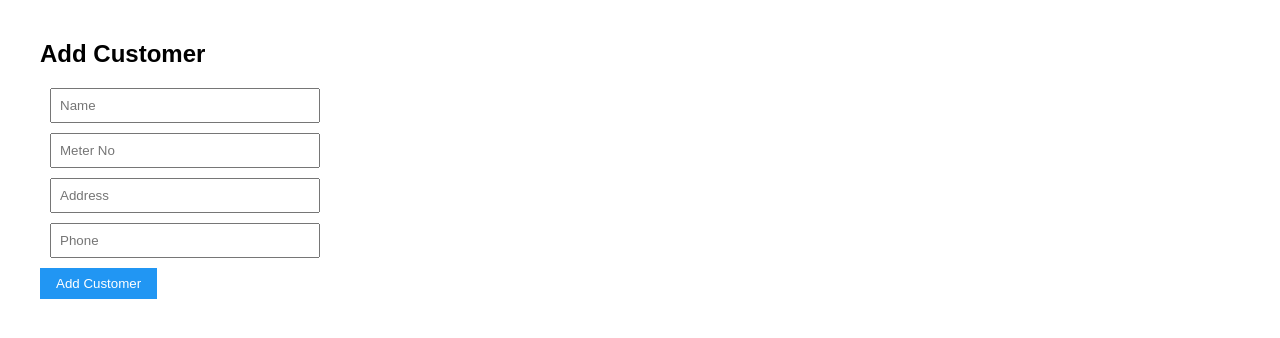
Repository: sasidhar1029/LocalFiles
Page: http://localhost/Electricity_Billing_System/addCustomer.jsp
These files come from the project's save history. The page is drawn as it stood at one moment and after the next save; the edit follows.
The browser window is 1280 px wide. The pictures show the whole page.
The page is served by Tomcat 10. Other server files are loaded and not shown.

Above is the page before, as saved 2026-02-25 07:13:38.

### Electricity_Billing_System/src/main/webapp/addCustomer.jsp
<%@ page language="java" contentType="text/html; charset=UTF-8"
pageEncoding="UTF-8"%>
<!DOCTYPE html>
<html>
<head>
<meta charset="UTF-8">
<title>Add Customer</title>

<style>
body{font-family:Arial;margin:40px}
input{display:block;margin:10px;padding:8px;width:250px}
button{padding:8px 16px;background:#2196f3;color:#fff;border:none}
</style>

</head>
<body>

<h2>Add Customer</h2>

<form action="addCustomer" method="post">

<input name="name" placeholder="Name" required>
<input name="meter" placeholder="Meter No" required>
<input name="address" placeholder="Address" required>
<input name="phone" placeholder="Phone" required>

<button type="submit">Add Customer</button>

</form>

</body>
</html>

After the next save:
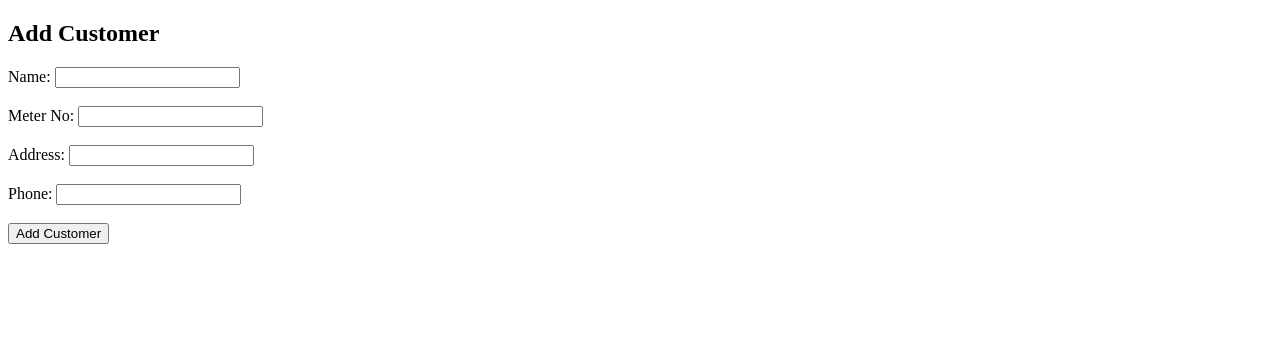
Saved 3 min 54 s later.
--- a/Electricity_Billing_System/src/main/webapp/addCustomer.jsp
+++ b/Electricity_Billing_System/src/main/webapp/addCustomer.jsp
@@ -5,13 +5,6 @@
 <head>
 <meta charset="UTF-8">
 <title>Add Customer</title>
-
-<style>
-body{font-family:Arial;margin:40px}
-input{display:block;margin:10px;padding:8px;width:250px}
-button{padding:8px 16px;background:#2196f3;color:#fff;border:none}
-</style>
-
 </head>
 <body>
 
@@ -19,10 +12,17 @@
 
 <form action="addCustomer" method="post">
 
-<input name="name" placeholder="Name" required>
-<input name="meter" placeholder="Meter No" required>
-<input name="address" placeholder="Address" required>
-<input name="phone" placeholder="Phone" required>
+Name:
+<input name="name" required><br><br>
+
+Meter No:
+<input name="meter" required><br><br>
+
+Address:
+<input name="address" required><br><br>
+
+Phone:
+<input name="phone" required><br><br>
 
 <button type="submit">Add Customer</button>
 
